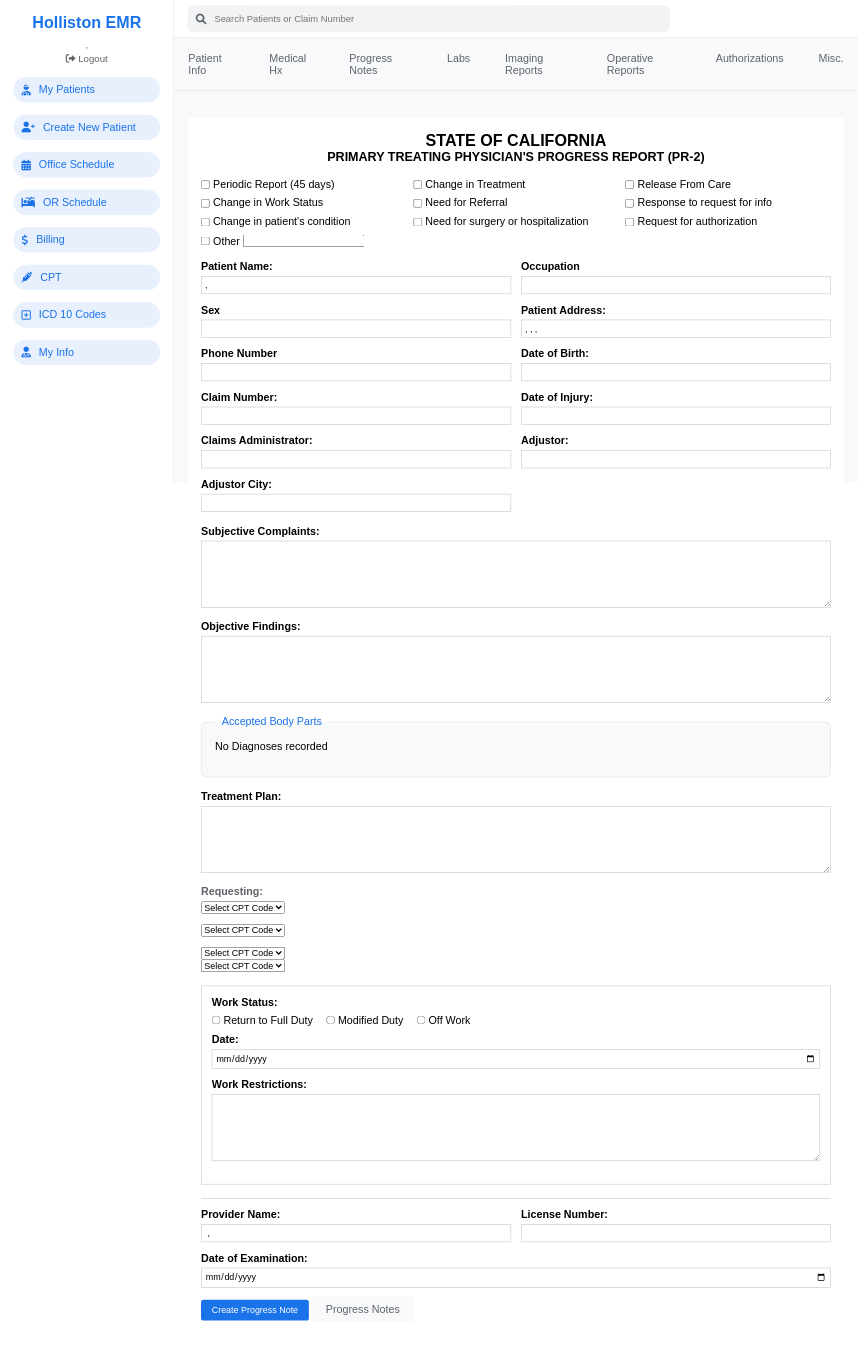
Repository: DavidG626/Flask-Project
Page: templates/create_progress_note.html
These files come from the project's save history. The page is drawn as it stood at one moment and after a run of saves; the edit follows.
The browser window is 1280 px wide. The pictures show the whole page, at 67% of full size.
Some web libraries are served in a nearby version. The page is served by the project's application, run on Flask 3 (tempCodeRunnerFile.py). Other server files are loaded and not shown. The template is opened directly, without the code that normally fills it, so the values that code supplies are empty.

Above is the page before, as saved 2025-03-13 22:26:42.

### templates/create_progress_note.html
<!DOCTYPE html>
<html lang="en">
<head>
   <meta charset="UTF-8">
   <meta name="viewport" content="width=device-width, initial-scale=1.0">
   <title>Create Progress Note</title>
   <link rel="stylesheet" type="text/css" href="/static/dashboard.css">
   <link rel="stylesheet" type="text/css" href="/static/patient_info.css">
   <link rel="stylesheet" type="text/css" href="/static/pr2.css">
   <link href="https://cdn.jsdelivr.net/npm/select2@4.1.0-rc.0/dist/css/select2.min.css" rel="stylesheet" />
   <script src="https://cdn.jsdelivr.net/npm/jquery@3.6.0/dist/jquery.min.js"></script>
   <script src="https://cdn.jsdelivr.net/npm/select2@4.1.0-rc.0/dist/js/select2.min.js"></script>
   <link href="https://cdnjs.cloudflare.com/ajax/libs/font-awesome/6.0.0/css/all.min.css" rel="stylesheet">
</head>
<body>
   <div class="container">
       <!-- Sidebar -->
       <aside class="sidebar">
           <div class="logo">Holliston EMR</div>
           <div class="logged-user">
               {{ current_user.first_name }} {{ current_user.last_name }}, {{ current_user.medical_title }}
               <a href="{{ url_for('dashboard.logout') }}" class="logout-link">
                   <i class="fas fa-sign-out-alt"></i> Logout
               </a>
           </div>
           <nav>
               <ul>
                   <li class="active">
                       <a href="{{ url_for('dashboard.my_patients') }}">
                           <i class="fas fa-user-injured"></i>My Patients
                       </a>
                   </li>
               </ul>
               <br>
               <ul>
                   <li class="active">
                       <a href="{{ url_for('dashboard.create_patient') }}">
                           <i class="fas fa-user-plus"></i>Create New Patient
                       </a>
                   </li>
               </ul>
               <br>
               <ul>
                   <li class="active"><a href=""><i class="fas fa-calendar-alt"></i>Office Schedule</a></li>
               </ul>
               <br>
               <ul>
                   <li class="active"><a href=""><i class="fas fa-procedures"></i>OR Schedule</a></li>
               </ul>
               <br>
               <ul>
                   <li class="active"><a href=""><i class="fas fa-dollar-sign"></i>Billing</a></li>
               </ul>
               <br>
               <ul>
                   <li class="active">
                       <a href="{{ url_for('cpt.cpt_codes') }}">
                           <i class="fas fa-syringe"></i>CPT
                       </a>
                   </li>
               </ul>
               <br>
               <ul>
                   <li class="active">
                       <a href="{{ url_for('icd10.icd10_codes') }}">
                           <i class="far fa-plus-square"></i>ICD 10 Codes
                       </a>
                   </li>
               </ul>
               <br>
               <ul>
                   <li class="active">
                       <a href="{{ url_for('dashboard.my_info') }}">
                           <i class="fas fa-user-md"></i>My Info
                       </a>
                   </li>
               </ul>
           </nav>
       </aside>

       <!-- Main Content -->
       <main>
           <header>
               <div class="search-bar">
                   <i class="fas fa-search"></i>
                   <form action="{{ url_for('dashboard.my_patients') }}" method="get">
                       <input type="text" name="search" placeholder="Search Patients or Claim Number">
                   </form>
               </div>
           </header>

           <!-- Patient Tabs -->
           <div class="patient-tabs">
                <a href="{{ url_for('dashboard.patient_detail', patient_id=patient.id) }}" class="tab">Patient Info</a>
                <a href="{{ url_for('dashboard.patient_medical_history', patient_id=patient.id) }}" class="tab">Medical Hx</a>
                <a href="{{ url_for('pr2.progress_notes', patient_id=patient.id) }}" class="tab active">Progress Notes</a>
                <a href="{{ url_for('labs.patient_labs', patient_id=patient.id) }}" class="tab">Labs</a>
                <a href="{{ url_for('imaging.patient_imaging', patient_id=patient.id) }}" class="tab">Imaging Reports</a>
                <a href="{{ url_for('operative.patient_operative_reports', patient_id=patient.id) }}" class="tab">Operative Reports</a>
                <a href="{{ url_for('auth.patient_authorizations', patient_id=patient.id) }}" class="tab">Authorizations</a>
                <a href="{{ url_for('misc.patient_misc', patient_id=patient.id) }}" class="tab">Misc.</a>
            </div>

           <div class="content">
            <div class="pr2-form">
                <div class="pr2-header">
                    <h2>STATE OF CALIFORNIA</h2>
                    <h3>PRIMARY TREATING PHYSICIAN'S PROGRESS REPORT (PR-2)</h3>
                </div>

                <form method="POST">
                    <!-- Report Type Section -->
                    <div class="checkbox-grid">
                        <div class="checkbox-item">
                            <input type="checkbox" name="is_periodic_report" id="periodic">
                            <label for="periodic">Periodic Report (45 days)</label>
                        </div>
                        <div class="checkbox-item">
                            <input type="checkbox" name="is_change_in_treatment" id="treatment">
                            <label for="treatment">Change in Treatment</label>
                        </div>
                        <div class="checkbox-item">
                            <input type="checkbox" name="is_release_from_care" id="release">
                            <label for="release">Release From Care</label>
                        </div>
                        <div class="checkbox-item">
                            <input type="checkbox" name="is_change_in_work_status" id="work">
                            <label for="work">Change in Work Status</label>
                        </div>
                        <div class="checkbox-item">
                            <input type="checkbox" name="is_need_for_referral" id="referral">
                            <label for="referral">Need for Referral</label>
                        </div>
                        <div class="checkbox-item">
                            <input type="checkbox" name="is_need_for_referral" id="referral">
                            <label for="referral">Response to request for info</label>
                        </div>
                        <div class="checkbox-item">
                            <input type="checkbox" name="is_need_for_referral" id="referral">
                            <label for="referral">Change in patient's condition</label>
                        </div>
                        <div class="checkbox-item">
                            <input type="checkbox" name="is_need_for_referral" id="referral">
                            <label for="referral">Need for surgery or hospitalization</label>
                        </div>
                        <div class="checkbox-item">
                            <input type="checkbox" name="is_need_for_referral" id="referral">
                            <label for="referral">Request for authorization</label>
                        </div>
                        <div class="checkbox-item">
                            <input type="checkbox" name="is_need_for_referral" id="referral">
                            <label for="referral">Other</label>
                            <input type="text">
                        </div>
                    </div>

                    <!-- Patient Information Section -->
                    <div class="patient-info-grid">
                        <div class="form-field">
                            <label>Patient Name:</label>
                            <input type="text" value="{{ patient.patient_last_name }}, {{ patient.patient_first_name }}" readonly>
                        </div>
                        <div class='form-field'>
                            <label>Occupation</label>
                            <input type="text" value="{{ patient.patient_occupation }}" readonly>
                        </div>

                        <div class='form-field'>
                            <label>Sex</label>
                            <input type="text" value="{{ patient.patient_sex }}" readonly>
                        </div>
                        <div class="form-field">
                            <label>Patient Address:</label>
                            <input type="text" value="{{ patient.patient_address }}, {{ patient.patient_city }}, {{ patient.patient_state }}, {{ patient.patient_zip_code }}" readonly>
                        </div>
                        <div class='form-field'>
                            <label>Phone Number</label>
                            <input type="text" value="{{ patient.patient_occupation }}" readonly>
                        </div>
                        <div class="form-field">
                            <label>Date of Birth:</label>
                            <input type="text" value="{{ patient.patient_date_of_birth.strftime('%m/%d/%Y') }}" readonly>
                        </div>
                        <div class="form-field">
                            <label>Claim Number:</label>
                            <input type="text" value="{{ patient.patient_claim_number }}" readonly>
                        </div>
                        <div class="form-field">
                            <label>Date of Injury:</label>
                            <input type="text" value="{{ patient.patient_date_of_injury.strftime('%m/%d/%Y') }}" readonly>
                        </div>
                        <div class="form-field">
                            <label>Claims Administrator:</label>
                            <input type="text" value="{{ patient.claims_admin.admin_name if patient.claims_admin else '' }}" readonly>
                        </div>
                        <div class="form-field">
                            <label>Adjustor:</label>
                            <input type="text" value="{{ patient.claims_admin.adjustor if patient.claims_admin else '' }}" readonly>
                        </div>
                        <div class="form-field">
                            <label>Adjustor City:</label>
                            <input type="text" value="{{ patient.claims_admin.adjustor_city if patient.claims_admin else '' }}" readonly>
                        </div>
                    </div>

                    <!-- Subjective Section -->
                    <div class="text-area-field">
                        <label>Subjective Complaints:</label>
                        <textarea name="subjective_complaints" required></textarea>
                    </div>

                    <!-- Objective Section -->
                    <div class="text-area-field">
                        <label>Objective Findings:</label>
                        <textarea name="objective_findings" required></textarea>
                    </div>


                    <fieldset>
                        <legend>Accepted Body Parts</legend>
                        <div class="form-group">
                            {% if patient.diagnoses %}
                                {% for diagnosis in patient.diagnoses %}
                                    <div class="info-item">
                                        <strong>{{ diagnosis.code }}</strong> - {{ diagnosis.description }}
                                    </div>
                                {% endfor %}
                            {% else %}
                                <div class="info-item">No Diagnoses recorded</div>
                            {% endif %}
                        </div>
                    </fieldset>






                    <!-- Treatment Plan Section -->
                    <div class="text-area-field">
                        <label>Treatment Plan:</label>
                        <textarea name="treatment_plan" required></textarea>
                    </div>




                    <!-- CPT Code Selection - 4 boxes in a row -->
                    <div class="form-group mt-3">


                            <!-- 4 CPT Code dropdown boxes -->
                            <div class="text-area-field">
                                <label>Requesting:</label>
                                <select class="form-control" name="cpt_codes">
                                    <option value="">Select CPT Code</option>
                                    {% for cpt in cpt_codes %}
                                    <option value="{{ cpt.id }}">{{ cpt.code }} - {{ cpt.description }}</option>
                                    {% endfor %}
                                </select>
                            </div>
                            <div class="text-area-field">
                                <select class="form-control" name="cpt_codes">
                                    <option value="">Select CPT Code</option>
                                    {% for cpt in cpt_codes %}
                                    <option value="{{ cpt.id }}">{{ cpt.code }} - {{ cpt.description }}</option>
                                    {% endfor %}
                                </select>
                            </div>
                            <div class="col-3">
                                <select class="form-control" name="cpt_codes">
                                    <option value="">Select CPT Code</option>
                                    {% for cpt in cpt_codes %}
                                    <option value="{{ cpt.id }}">{{ cpt.code }} - {{ cpt.description }}</option>
                                    {% endfor %}
                                </select>
                            </div>
                            <div class="col-3">
                                <select class="form-control" name="cpt_codes">
                                    <option value="">Select CPT Code</option>
                                    {% for cpt in cpt_codes %}
                                    <option value="{{ cpt.id }}">{{ cpt.code }} - {{ cpt.description }}</option>
                                    {% endfor %}
                                </select>
                            </div>
                    </div>



                    <!-- Work Status Section -->
                    <div class="work-status-section">
                        <h4>Work Status:</h4>
                        <div class="work-status-options">
                            <div class="radio-item">
                                <input type="radio" name="work_status" value="full_duty" id="full_duty">
                                <label for="full_duty">Return to Full Duty</label>
                            </div>
                            <div class="radio-item">
                                <input type="radio" name="work_status" value="modified" id="modified">
                                <label for="modified">Modified Duty</label>
                            </div>
                            <div class="radio-item">
                                <input type="radio" name="work_status" value="off_work" id="off_work">
                                <label for="off_work">Off Work</label>
                            </div>
                        </div>
                        <div class="form-field">
                            <label>Date:</label>
                            <input type="date" name="work_status_date">
                        </div>
                        <div class="text-area-field" id="work-restrictions">
                            <label>Work Restrictions:</label>
                            <textarea name="work_restrictions"></textarea>
                        </div>
                    </div>

                    <!-- Provider Information Section -->
                    <div class="provider-section">
                        <div class="form-row">
                            <div class="form-field">
                                <label>Provider Name:</label>
                                <input type="text" value="{{ current_user.first_name }} {{ current_user.last_name }}, {{ current_user.medical_title }}" readonly>
                            </div>
                            <div class="form-field">
                                <label>License Number:</label>
                                <input type="text" value="{{ current_user.medical_license }}" readonly>
                            </div>
                        </div>
                        <div class="form-field">
                            <label>Date of Examination:</label>
                            <input type="date" name="date_of_exam" required>
                        </div>
                    </div><br>

                    <div class="form-buttons">
                        <button type="submit" class="save-btn" onclick="return confirmCreate()">Create Progress Note</button>
                        <a href="{{ url_for('pr2.progress_notes', patient_id=patient.id) }}" class="tab active">Progress Notes</a>
                    </div>

                     <!-- RFA Section - will be shown/hidden with JavaScript -->
        <div id="rfa_section" style="display: none;" class="pr2-form">
            <div class="pr2-header">
                <h3>REQUEST FOR AUTHORIZATION (RFA)</h3>
            </div>
            <div class="checkbox-grid">
                <div class="checkbox-item">
                    <input type="checkbox" id="is_new_request" name="is_new_request" checked>
                    <label for="is_new_request">New Request</label>
                </div>
                <div class="checkbox-item">
                    <input type="checkbox" id="is_resubmission" name="is_resubmission">
                    <label for="is_resubmission">Resubmission - Change in Material Facts</label>
                </div>
                <div class="checkbox-item">
                    <input type="checkbox" id="is_expedited" name="is_expedited">
                    <label for="is_expedited">Expedited Review</label>
                </div>
                <div class="checkbox-item">
                    <input type="checkbox" id="is_oral_confirmation" name="is_oral_confirmation">
                    <label for="is_oral_confirmation">Written confirmation of prior oral request</label>
                </div>
            </div>

            <!-- Selected Diagnoses (auto-populated) -->
            <div class="text-area-field">
                <label>Selected Diagnoses:</label>
                <div id="rfa_diagnoses_display" class="form-field">
                    <!-- Will be populated based on patient diagnoses -->
                    {% if patient.diagnoses %}
                        {% for diagnosis in patient.diagnoses %}
                        <div class="info-item">
                            <input type="hidden" name="rfa_diagnosis_ids[]" value="{{ diagnosis.id }}">
                            <strong>{{ diagnosis.code }}</strong> - {{ diagnosis.description }}
                        </div>
                        {% endfor %}
                    {% else %}
                        <div class="info-item">No Diagnoses recorded</div>
                    {% endif %}
                </div>
            </div>

            <!-- Selected CPT Codes (auto-populated) -->
            <div class="text-area-field">
                <label>Selected CPT Codes:</label>
                <div id="rfa_cpt_codes_display" class="form-field">
                    <!-- Will be populated dynamically by JavaScript -->
                    <div class="info-item text-muted">CPT codes will appear here when selected</div>
                </div>
            </div>

            <!-- Additional Information -->
            <div class="text-area-field">
                <label for="rfa_other_info">Other Information (Frequency, Duration, Quantity):</label>
                <textarea name="rfa_other_info" id="rfa_other_info" rows="2"></textarea>
            </div>
        </div>

                    <!-- JavaScript at the end of the main content -->
        <script>
            document.addEventListener('DOMContentLoaded', function() {
    // Get all CPT code select elements
    const cptSelects = document.querySelectorAll('select[name="cpt_codes"]');
    const rfaSection = document.getElementById('rfa_section');
    const rfaCptCodesDisplay = document.getElementById('rfa_cpt_codes_display');

    // Function to check if any CPT code is selected and update the RFA section
    function updateRfaSection() {
        let hasSelection = false;
        let selectedCptCodes = [];

        // Check each select element
        cptSelects.forEach(function(select) {
            if (select.value) {
                hasSelection = true;

                // Get CPT code details
                const cptId = select.value;
                const cptText = select.options[select.selectedIndex].text;

                // Add to array if not already included
                if (!selectedCptCodes.some(code => code.id === cptId)) {
                    selectedCptCodes.push({
                        id: cptId,
                        text: cptText
                    });
                }
            }
        });

        // Show or hide RFA section
        if (hasSelection) {
            rfaSection.style.display = 'block';

            // Update the CPT codes display
            rfaCptCodesDisplay.innerHTML = '';
            selectedCptCodes.forEach(function(cpt) {
                const cptItem = document.createElement('div');
                cptItem.className = 'info-item';
                cptItem.innerHTML = `
                    <input type="hidden" name="rfa_cpt_ids[]" value="${cpt.id}">
                    ${cpt.text}
                `;
                rfaCptCodesDisplay.appendChild(cptItem);
            });
        } else {
            rfaSection.style.display = 'none';
            rfaCptCodesDisplay.innerHTML = '<div class="info-item text-muted">CPT codes will appear here when selected</div>';
        }
    }

    // Add change event listeners to all CPT selects
    cptSelects.forEach(function(select) {
        select.addEventListener('change', updateRfaSection);
    });

    // Initial check in case CPT codes are pre-selected
    updateRfaSection();
});

function confirmCreate() {
    return confirm("IMPORTANT: Once created, this progress note cannot be deleted or edited due to HITECH regulations. If changes are needed later, you must create an addendum. Do you want to proceed?");
}


        </script>

       </main>
       </body>

Loaded but not shown: static/dashboard.css (410 lines, source omitted); tempCodeRunnerFile.py (97 lines, source omitted); static/patient_info.css (180 lines, source omitted); static/pr2.css (154 lines, source omitted)

After the next 2 saves:
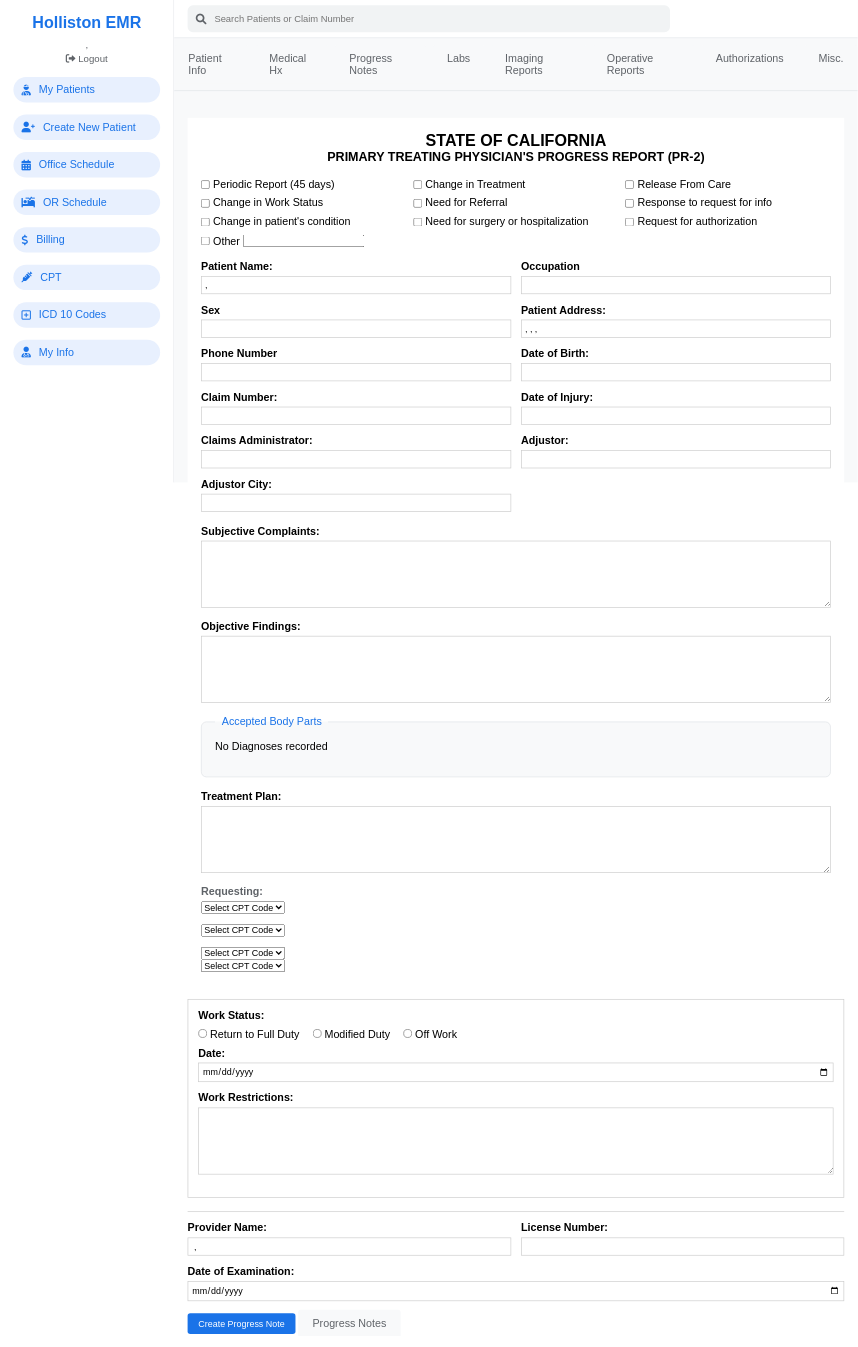
The 2 saves are shown as one change because they came seconds apart.
The last was saved 39 s later.
--- a/templates/create_progress_note.html
+++ b/templates/create_progress_note.html
@@ -259,7 +259,7 @@
                                     {% endfor %}
                                 </select>
                             </div>
-                            <div class="text-area-field">
+
                                 <select class="form-control" name="cpt_codes">
                                     <option value="">Select CPT Code</option>
                                     {% for cpt in cpt_codes %}
